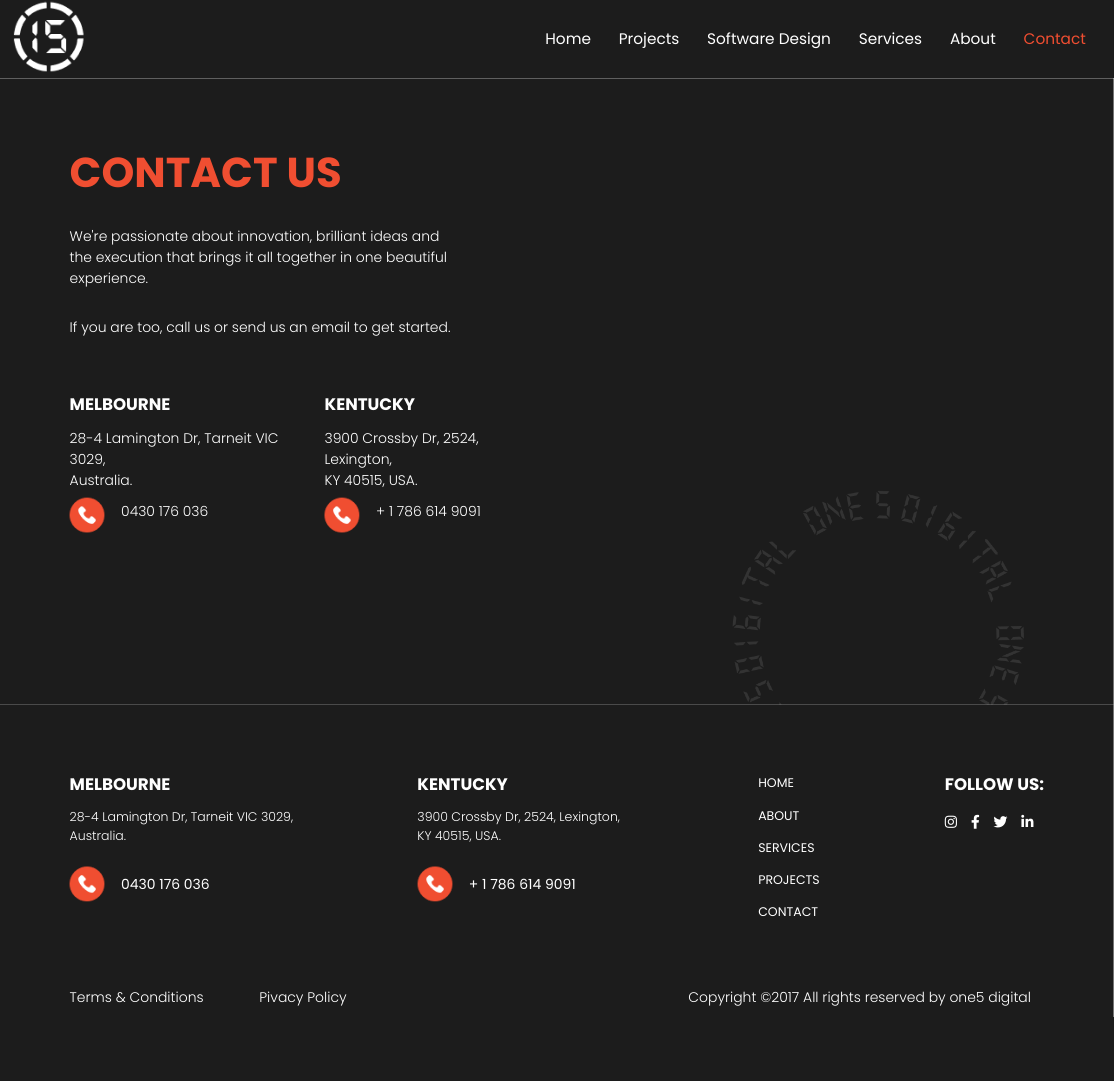
Repository: gopalpurohit54/one5
Page: /Contact
The author's editor kept a copy of each file at every save. The page is drawn from the files as they stood at one save, then again after the next save.
The browser window is 1280 px wide. The pictures show the whole page, at 87% of full size.
The project was rebuilt for these pictures with package versions that can differ from the ones it lists, and the page was loaded fresh each time. Also part of the build but not shown: src/components/Button.js, src/components/HeroSection.css, src/components/HeroSection.js, src/components/OurProjects.css, src/components/OurProjects.js, src/components/OurServices.js, src/components/AboutUs.css, src/components/AboutUs.js and 30 more.

Above is the page before, as saved 2021-06-22 14:18:27.

### src/index.css
@import url('https://fonts.googleapis.com/css2?family=Poppins:ital,wght@0,100;0,200;0,300;0,400;0,500;0,600;0,700;0,800;0,900;1,100;1,200;1,300;1,400;1,500;1,600;1,700;1,800;1,900&display=swap');

* {
  margin: 0;
  padding: 0;
  outline: none;
  font-family: 'Poppins', sans-serif;
  -webkit-font-smoothing: antialiased;
  -moz-osx-font-smoothing: grayscale;
}

code {
  font-family: source-code-pro, Menlo, Monaco, Consolas, 'Courier New',
    monospace;
}

.nav-item-active {
  color: #F04E31;
}

### src/components/App.js
import React from 'react';
import Header from '../components/Header';
import { BrowserRouter as Router, Switch, Route } from 'react-router-dom';
import './App.css';
import Home from '../components/Pages/Home';
import Footer from '../components/Footer';
import About from './Pages/About';
import Projects from './Pages/Projects';
import SoftwareDesign from './Pages/SoftwareDesign';
import Services from './Pages/Services';
import Contact from './Pages/Contact';

function App() {
  return (
    <Router>
      <Header />
      <Switch>
        <Route path='/' exact component= {Home} />
        <Route path='/About' exact component= {About} />
        <Route path='/Projects' exact component= {Projects} />
        <Route path='/SoftwareDesign' exact component= {SoftwareDesign} />
        <Route path='/Services' exact component= {Services} />
        <Route path='/Contact' exact component= {Contact} />
      </Switch>
      <Footer />
    </Router>
  );
}



export default App

### src/components/Header.js
import React, { useState, useEffect } from 'react';
import './Header.css';
import { NavLink } from 'react-router-dom';

function Header() {
    const [navbar, setHeader] = useState(false);

    const changeBackground = () => {
        console.log(window.scrollY)
    }

    window.addEventListener('scroll', changeBackground);

    return (
        <div className="header active">
            <div className="logo">
                <img src="./logo-white.png" />
            </div>
            <ul className="nav-items">
                <li className="nav-items"><NavLink exact to="/" className="nav-items" activeClassName="nav-item-active">Home</NavLink></li>
                <li className="nav-items"><NavLink exact to="/Projects" className="nav-items" activeClassName="nav-item-active">Projects</NavLink></li>
                <li className="nav-items"><NavLink exact to="/SoftwareDesign" className="nav-items" activeClassName="nav-item-active">Software Design</NavLink></li>
                <li className="nav-items"><NavLink exact to="/Services" className="nav-items" activeClassName="nav-item-active">Services</NavLink></li>
                <li className="nav-items"><NavLink exact to="/About" className="nav-items" activeClassName="nav-item-active">About</NavLink></li>
                <li className="nav-items"><NavLink exact to="/Contact" className="nav-items" activeClassName="nav-item-active">Contact</NavLink></li>
            </ul>
        </div>
    )
}

export default Header

### src/components/App.css

* {
    box-sizing: border-box;
    margin: 0;
    padding: 0;
    font-family: 'Poppins', sans-serif;
    /* background: #1c1c1c; */
  }

### src/components/Footer.js
import React from 'react';
import './Footer.css';
import { Link } from 'react-router-dom';

function Footer() {
    return (
        <div className="footer">
            <div className="footer-wrapper">
                <ul className="add-1">
                    <h6>MELBOURNE</h6>
                    <p>28-4 Lamington Dr, Tarneit VIC 3029, <br/> Australia.</p>
                    <div className="call"><img className="call-icon" src="./phone-icon.png" /> 0430 176 036 </div>
                </ul>
                <ul className="add-2">
                    <h6>KENTUCKY</h6>
                    <p>3900 Crossby Dr, 2524, Lexington, <br/> KY 40515, USA.</p>
                    <div className="call"><img className="call-icon" src="./phone-icon.png" /> + 1 786 614 9091 </div>
                </ul>
                <ul className="site-links">
                    <li><Link to="/" className="site-links">HOME</Link></li>
                    <li><Link to="/About" className="site-links">ABOUT</Link></li>
                    <li><Link to="/Services" className="site-links">SERVICES</Link></li>
                    <li><Link to="/Projects" className="site-links">PROJECTS</Link></li>
                    <li><Link to="/Contact" className="site-links">CONTACT</Link></li>
                </ul>
                <ul className="follow-us">
                    <h6>FOLLOW US:</h6>
                    <a className="social" href="#"><i class="fab fa-instagram"></i></a>
                    <a className="social" href="#"><i class="fab fa-facebook-f"></i></a>
                    <a className="social" href="#"><i class="fab fa-twitter"></i></a>
                    <a className="social" href="#"><i class="fab fa-linkedin-in"></i></a>
                </ul>
            </div>
            <div className="copyright">
                <div className="copy-left">
                    <p className="left-p1">Terms & Conditions</p>
                    <p className="left-p2">Pivacy Policy</p>
                </div>
                <div className="copy-right">
                    <p className="right-p">Copyright ©2017 All rights reserved by one5 digital</p>
                </div>
            </div>
        </div>
    )
}

export default Footer

### src/components/Pages/Contact.js
import React from 'react';
import '../App';
import ContactPage from '../ContactPage';

function Contact() {
    return (
            <React.Fragment>
                <ContactPage />
            </React.Fragment>
    )
}

export default Contact;

### src/components/Header.css
.header {
    background: transparent;
    color: white;
    display: flex;
    flex-direction: row;
    align-content: center;
    justify-content: space-between;
    align-items: center;
    padding: 1rem;
    position: sticky;
    top: 0;
    height: 90px;
}
.header.active {
    background: #1c1c1c;
}

.nav-items {
    display: flex;
    list-style: none;
    font-size:1.1rem;
    text-decoration: none;
    color: #fff;
}

li.nav-items{
    margin-bottom: 0;
}

li {
    padding-left: 1rem;
    padding-right: 1rem;
}

a.nav-items:hover {
    color: #F04E31;
    cursor: pointer;
}

.nav-item-active {
    color: #F04E31;
}

### src/components/Footer.css
.footer {
    padding: 5rem 5rem 1rem 5rem;
    background-color: #1c1c1c;
    height: 60vh;
    width: 100%;
    color: white;
}

.footer h6 {
    font-size: 1.2rem;
    line-height: 1.2;
    margin-bottom: 1rem;
}

.footer p {
    margin-bottom: 1.5rem;
    font-size: 1rem;
    line-height: 1.5;
    font-style: normal;
    font-weight: 300;
    padding-right: 15px;
}

.footer-wrapper {
    display: flex;
    flex: 1;
    flex-direction: row;
    align-content: center;
    justify-content: space-between;
    align-items: flex-start;
}

.add-1 p {
    font-size: 0.9rem;
}

.add-2 p {
    font-size: 0.9rem;
}

.call {
    display: flex;
    flex-direction: row;
    justify-content: flex-start;
    align-content: center;
    align-items: center;
}

.call:hover {
    color: #F04E31;
}

.follow-us p {
    font-size: 0.9rem;
}

i.fab.fa-instagram {
    padding: 0.5rem 0.5rem 0.5rem 0;
}

i.fab.fa-instagram:hover {
    color: #F04E31;
}

i.fab.fa-facebook-f {
    padding: 0.5rem;
}

i.fab.fa-facebook-f:hover {
    color: #F04E31;
}


i.fab.fa-twitter {
    padding: 0.5rem;
}

i.fab.fa-twitter:hover {
    color: #F04E31;
}


i.fab.fa-linkedin-in {
    padding: 0.5rem;
}

i.fab.fa-linkedin-in:hover {
    color: #F04E31;
}

img.call-icon {
    padding-right: 1.2rem;
}

.copyright {
    display: flex;
}

.copy-left {
    width: 50%;
    display: flex;
}

.copy-right {
    width: 50%;
}

p.left-p1 {
    margin-bottom: 0;
    padding-right: 4rem;
    line-height: 1;
    padding-top: 4rem;
}

p.left-p1:hover {
    color: #F04E31;
}

p.left-p2 {
    margin-bottom: 0;
    padding-right: 4rem;
    line-height: 1;
    padding-top: 4rem;
}

p.left-p2:hover {
    color: #F04E31;
}

p.right-p {
    margin-bottom: 0;
    line-height: 1;
    padding-top: 4rem;
    display: flex;
    justify-content: flex-end;
    align-content: center;
    align-items: center;
}

p.right-p:hover {
    color: #F04E31;
}

li {
    list-style: none;
    font-size: 0.9rem;
    margin-bottom: 1rem;
}

a.social{
    color: #fff;
}

.site-links {
    text-decoration: none;
    color: #fff;
}

.site-links:hover {
    color: #F04E31;
}

### src/components/ContactPage.js
import React, { useState } from "react";
import './ContactPage.css';

    const ContactPage = () => {
        const [status, setStatus] = useState("Submit");
        const handleSubmit = async (e) => {
          e.preventDefault();
          setStatus("Sending...");
          const { name, email, message } = e.target.elements;
          let details = {
            name: name.value,
            email: email.value,
            message: message.value,
          };
          let response = await fetch("http://localhost:5000/contact", {
            method: "POST",
            headers: {
              "Content-Type": "application/json;charset=utf-8",
            },
            body: JSON.stringify(details),
          });
          setStatus("Submit");
          let result = await response.json();
          alert(result.status);
        };

    return (
        <div className="contactpage">
            <div className="con-left">
                <h1>CONTACT US</h1>
                <p>We're passionate about innovation, brilliant ideas and <br/>
                the execution that brings it all together in one beautiful <br/>
                experience.</p> <br/>
                <p>If you are too, call us or send us an email to get started.</p>
                <div className="con-wrapper">
                    <ul className="add-1">
                        <h6>MELBOURNE</h6>
                        <p>28-4 Lamington Dr, Tarneit VIC 3029, <br/> Australia.</p>
                        <div className="call"><img className="call-icon" src="./phone-icon.png" /> <p>0430 176 036</p> </div>
                    </ul>
                    <ul className="add-2">
                        <h6>KENTUCKY</h6>
                        <p>3900 Crossby Dr, 2524, Lexington, <br/> KY 40515, USA.</p>
                        <div className="call"><img className="call-icon" src="./phone-icon.png" /> <p>+ 1 786 614 9091</p> </div>
                    </ul>
                </div>
            </div>
            <div className="con-right">

            </div>
        </div>
    )
}

export default ContactPage

### src/components/OurServices.css
.our-services {
    padding: 5rem 5rem;
    height: 100vh;
    background-image: url('./assets/bg-white-mainpage.png');
}

.our-services h1 {
    margin-bottom: 2rem;
    font-size: 3rem;
    line-height: 1.2;
}

.our-services h6 {
    font-size: 1.2rem;
    line-height: 1.2;
    margin-bottom: 1rem;
}

p {
    margin-bottom: 1.5rem;
    font-size: 1rem;
    line-height: 1.5;
    font-style: normal;
    font-weight: 300;
    padding-right: 15px;
}

.service-wrapper {
    display: flex;
    flex: 1;
    margin-top: 3.5rem;
}

.service-1 p {
    font-size: 0.9rem;
}

.service-2 p {
    font-size: 0.9rem;
}

.service-3 p {
    font-size: 0.9rem;
}

.service-4 p {
    font-size: 0.9rem;
}

### src/components/Expertize.css
.expertize {
    padding: 5rem 5rem 5rem 0;
    height: 80vh;
    background-image: url('./assets/about-white.png');
    background-repeat: no-repeat;
    width: 100%;
    background-size: cover;
}

.expertize h1 {
    margin-bottom: 2rem;
    font-size: 3rem;
    line-height: 1.2;
    color: #000;
}

.expertize h6 {
    font-size: 1.2rem;
    line-height: 1.2;
    margin-bottom: 1rem;
    color: #000;
}

.expertize p {
    margin-bottom: 0.5rem;
    font-size: 1rem;
    line-height: 1.5;
    font-style: normal;
    font-weight: 300;
    padding-right: 15px;
    color: #000;
}

.exp-left{
    float: left;
    width: 50%;
}

.exp-right{
    float: right;
    width: 40%;
    align-content: flex-end;
}

.exp-img {
    height: 350px;
    margin-top: 2rem;
}

li.exp-items {
    color: #000;
    list-style: disc;
    font-size: 1rem;
}

::marker  {
    color: #F04E31;
}

### src/components/Solutions.css
.solutions {
    padding: 5rem 5rem;
    height: 100vh;
    background:#fff;
}

.solutions h1 {
    margin-bottom: 2rem;
    font-size: 3rem;
    line-height: 1.2;
}

.solutions h6 {
    font-size: 1.2rem;
    line-height: 1.2;
    margin-bottom: 1rem;
}

.solutions p {
    margin-bottom: 1.5rem;
    font-size: 1rem;
    line-height: 1.5;
    font-style: normal;
    font-weight: 300;
    padding-right: 15px;
}

.solution-wrapper {
    display: flex;
    flex: 1;
    margin-top: 3.5rem;
}

.solution-1 p {
    font-size: 0.9rem;
}

.solution-2 p {
    font-size: 0.9rem;
}

.solution-3 p {
    font-size: 0.9rem;
}

.solution-4 p {
    font-size: 0.9rem;
}

li.sol-items {
    color: #000;
    list-style: disc;
    font-size: 1rem;
}

::marker  {
    color: #F04E31;
}

ul.solution-1 {
    margin-right: 3rem;
    margin-left: 1rem;
}

ul.solution-2 {
    margin-right: 3rem;
}

ul.solution-3 {
    margin-right: 3rem;
}

### src/components/Benefits.css
.benefits {
    padding: 5rem 5rem;
    height: 100vh;
    background-image: url('./assets/ecombg.png');
    background-size: cover;
}

.benefits h1 {
    margin-bottom: 2rem;
    font-size: 3rem;
    line-height: 1.2;
    color: #fff;
}

.benefits h6 {
    font-size: 1.2rem;
    line-height: 1.2;
    margin-bottom: 1rem;
    margin-top: 1rem;
    color: #fff;
}

p {
    margin-bottom: 1.5rem;
    font-size: 1rem;
    line-height: 1.5;
    font-style: normal;
    font-weight: 300;
    padding-right: 15px;
    color: #fff;
}

.benefit-wrapper {
    display: flex;
    flex: 1;
    margin-top: 3.5rem;
}

.benefit-1 p {
    font-size: 0.9rem;
}

.benefit-2 p {
    font-size: 0.9rem;
}

.benefit-3 p {
    font-size: 0.9rem;
}

.benefit-4 p {
    font-size: 0.9rem;
}

.benefit-1, .benefit-2, .benefit-3, .benefit-4 {
    background-image: url(./assets/Ellipse-bg.png);
    background-size: cover;
    height: 260px;
    width: 260px;
    margin: 1rem;
    display: flex;
    flex-direction: column;
    align-content: center;
    justify-content: center;
    align-items: center;
    text-align: center;
}

.bene-desc {
    display: none;
}

h6.bene-hover {
    color: #F04E31;
    text-align: center;
}

p.hover-desc {
    font-size: 0.7rem;
    text-align: center;
}

.benefit-1:hover .bene-desc{
    display: block;
}

.benefit-1:hover .bene-visible{
    display: none;
}

.benefit-2:hover .bene-desc{
    display: block;
}

.benefit-2:hover .bene-visible{
    display: none;
}

.benefit-3:hover .bene-desc{
    display: block;
}

.benefit-3:hover .bene-visible{
    display: none;
}

.benefit-4:hover .bene-desc{
    display: block;
}

.benefit-4:hover .bene-visible{
    display: none;
}

### src/components/ContactPage.css
.contactpage {
    padding: 5rem;
    height: 100vh;
    background-image: url('./assets/contact-bg.png');
    background-repeat: no-repeat;
    width: 100%;
    background-size: cover;
}

.contactpage h1 {
    margin-bottom: 2rem;
    font-size: 3rem;
    line-height: 1.2;
    color: #F04E31;
}

.contactpage h6 {
    font-size: 1.2rem;
    line-height: 1.2;
    margin-bottom: 1rem;
    color: #fff;
}

.contactpage p {
    margin-bottom: 0.5rem;
    font-size: 1rem;
    line-height: 1.5;
    font-style: normal;
    font-weight: 300;
    padding-right: 15px;
    color: #fff;
}

.con-left{
    float: left;
    width: 50%;
}

.con-right{
    float: right;
    width: 40%;
}

.con-wrapper {
    display: flex;
    margin-top: 4rem;
}

### src/components/Button.css
:root {
    --primary: #F04E31;
}

.btn {
    padding: 8px 20px;
    border-radius: 30px;
    outline: none;
    border: none;
    cursor: pointer;
}

.btn--primary {
    background-color: var(--primary);
    color: #fff;
    border: 1px solid var(--primary);
}

.btn--outline {
    background-color: transparent;
    color: #F04E31;
    padding: 8px 20px;
    border: 1px solid var(--primary);
    transition: all 0.3s ease-out;
}


.btn--white {
    background-color: transparent;
    color: #fff;
    padding: 8px 20px;
    border: 1px solid #fff;
    transition: all 0.3s ease-out;
}

.btn--white:hover {
    background-color: #fff;
    color: #F04E31;
    transition: all 0.3s ease-out;
}

.btn--medium {
    padding: 8px 20px;
    font-size: 16px;
}

.btn--large {
    padding: 12px 26px;
    font-size: 16px;
}

.btn--medium:hover, .btn--large:hover {
    background: transparent;
    color: #F04E31;
    transition: all 0.3s ease-out;
}


.btn--outline:hover {
    background-color: #F04E31;
    color: #fff;
}

Loaded but not shown: public/index.html (common file); src/index.js (common file); src/reportWebVitals.js (common file)

After the next save:
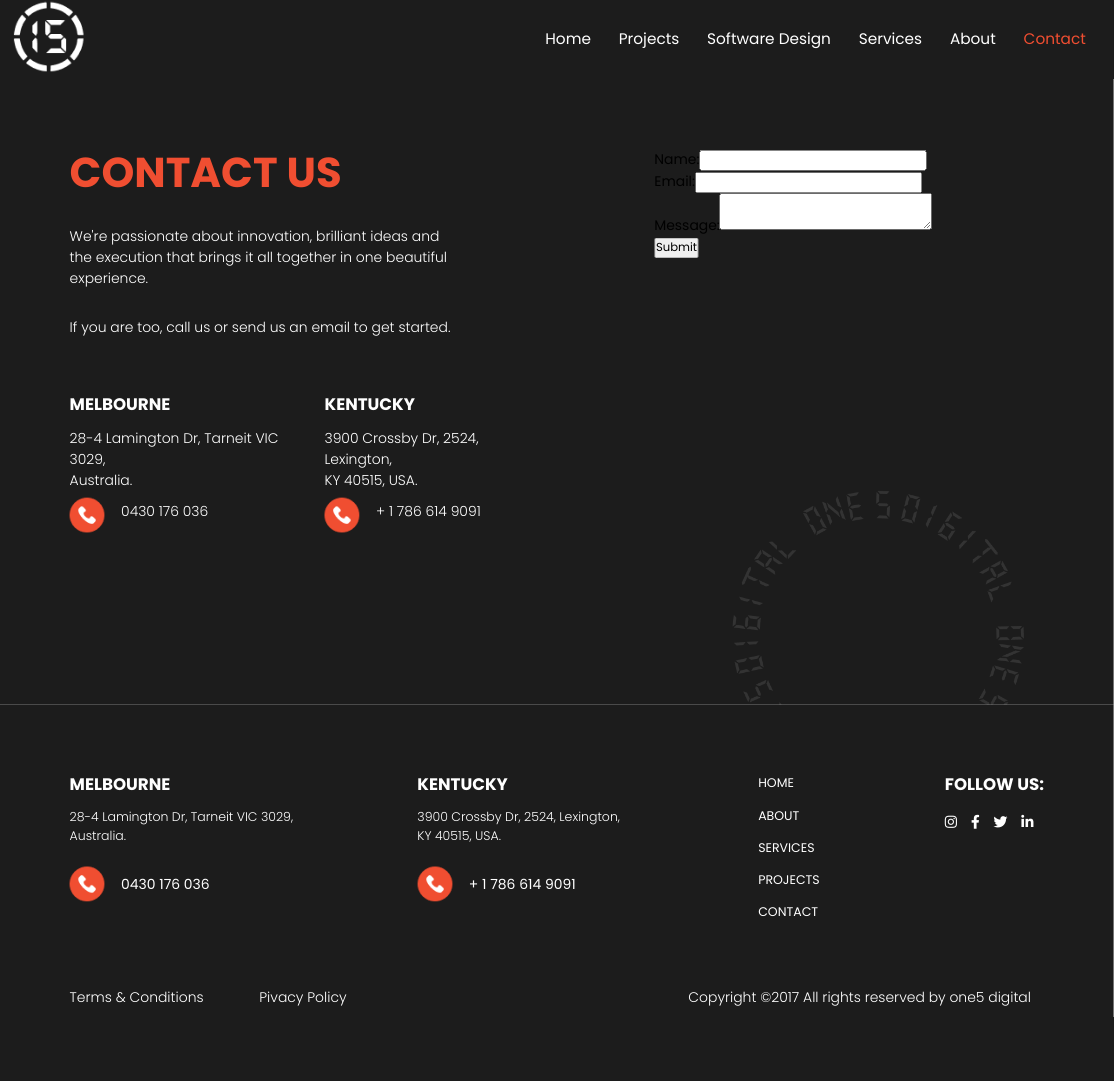
Saved 36 s later.
--- a/src/components/ContactPage.js
+++ b/src/components/ContactPage.js
@@ -46,7 +46,21 @@ import './ContactPage.css';
                 </div>
             </div>
             <div className="con-right">
-
+                <form onSubmit={handleSubmit}>
+                    <div>
+                        <label htmlFor="name">Name:</label>
+                        <input type="text" id="name" required />
+                    </div>
+                    <div>
+                        <label htmlFor="email">Email:</label>
+                        <input type="email" id="email" required />
+                    </div>
+                    <div>
+                        <label htmlFor="message">Message:</label>
+                        <textarea id="message" required />
+                    </div>
+                    <button type="submit">{status}</button>
+                </form>
             </div>
         </div>
     )
